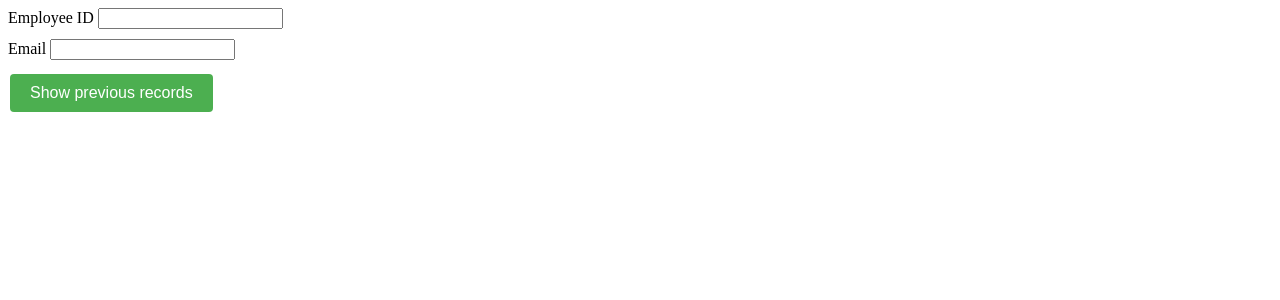
Repository: nishadi-s/Online-Staff-Management-System
Page: http://localhost/LeavingEmp/leavingHistory.jsp
The author's editor kept a copy of each file at every save. The page is drawn from the files as they stood at one save, then again after the next save.
The browser window is 1280 px wide. The pictures show the whole page.
The page is served by Tomcat 9. Other server files are loaded and not shown.

Above is the page before, as saved 2023-10-24 09:52:58.

### LeavingEmp/src/main/webapp/leavingHistory.jsp
<%@ page language="java" contentType="text/html; charset=ISO-8859-1"
    pageEncoding="ISO-8859-1"%>
<!DOCTYPE html>
<html>
<head>
<meta charset="ISO-8859-1">
<title>Leaving History</title>

<style>
    input {
        margin-bottom: 10px;
    }

    input[type="submit"] {
        background-color: #4CAF50;
        color: white;
        border: none;
        padding: 10px 20px;
        text-align: center;
        text-decoration: none;
        display: inline-block;
        font-size: 16px;
        margin: 4px 2px;
        cursor: pointer;
        border-radius: 4px;

        body {
            background-color: #f0f0f0; /* background color  */
            text-align: center; /* Center-align the content */
        }

        form {
            display: inline-block; /* Align form elements inline */
            background-color: #ffffff; /* Set a background color for the form */
            padding: 20px; /* Add some padding for spacing */
            border-radius: 10px; /* Adding rounded corners */
        }
    }
    </style>

</head>
<body>

<form action="leaving" method= "post">

Employee ID <input type="number" name= "uid"> <br>
Email <input type ="email" name="email" > <br>

<input type="submit" name ="submit" value="Show previous records">
</form>


</body>
</html>

After the next save:
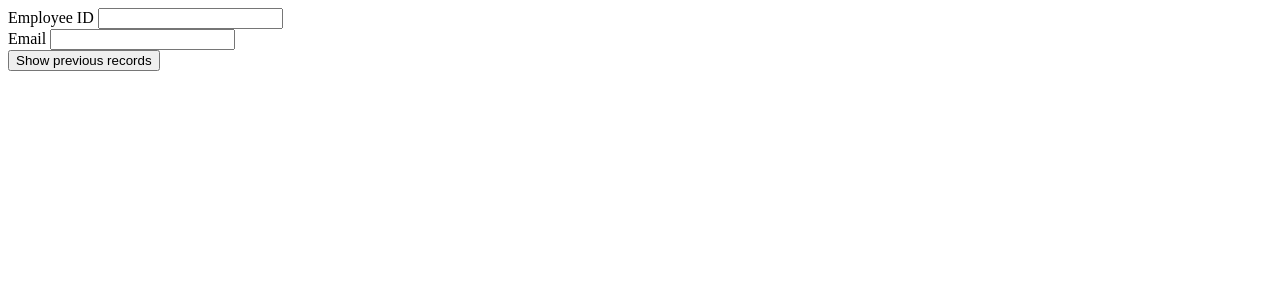
Saved 70 s later.
--- a/LeavingEmp/src/main/webapp/leavingHistory.jsp
+++ b/LeavingEmp/src/main/webapp/leavingHistory.jsp
@@ -6,37 +6,6 @@
 <meta charset="ISO-8859-1">
 <title>Leaving History</title>
 
-<style>
-    input {
-        margin-bottom: 10px;
-    }
-
-    input[type="submit"] {
-        background-color: #4CAF50;
-        color: white;
-        border: none;
-        padding: 10px 20px;
-        text-align: center;
-        text-decoration: none;
-        display: inline-block;
-        font-size: 16px;
-        margin: 4px 2px;
-        cursor: pointer;
-        border-radius: 4px;
-
-        body {
-            background-color: #f0f0f0; /* background color  */
-            text-align: center; /* Center-align the content */
-        }
-
-        form {
-            display: inline-block; /* Align form elements inline */
-            background-color: #ffffff; /* Set a background color for the form */
-            padding: 20px; /* Add some padding for spacing */
-            border-radius: 10px; /* Adding rounded corners */
-        }
-    }
-    </style>
 
 </head>
 <body>
